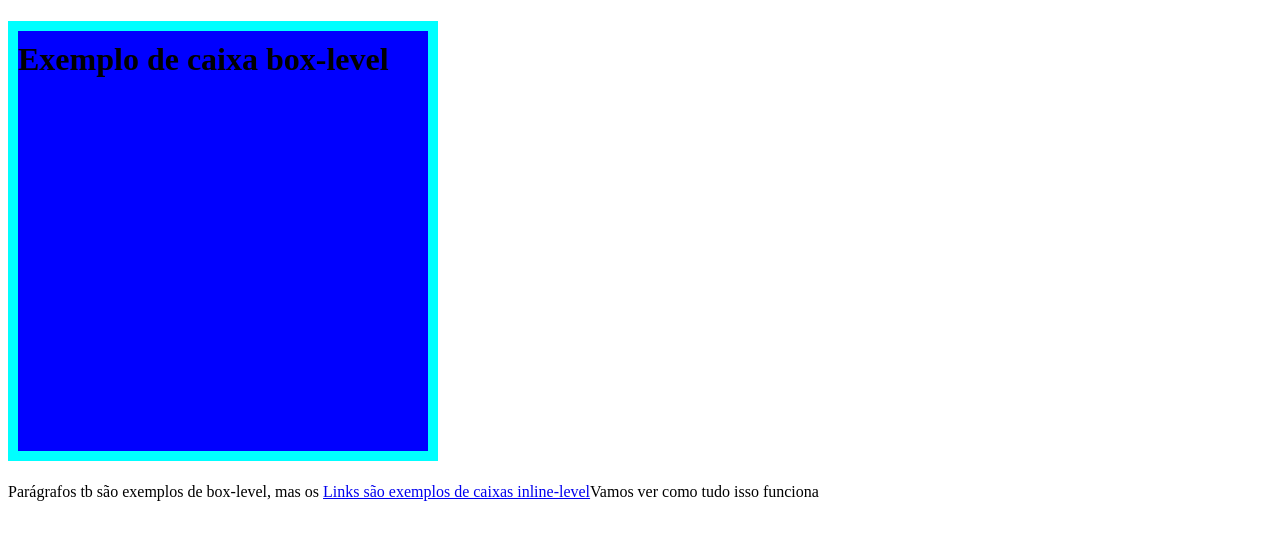
Repository: DorivalJunior14/exercicios
Page: ex.caixas.html/ex.caixas.html
These files come from the project's save history. The page is drawn as it stood at one moment and after the next save; the edit follows.
The browser window is 1280 px wide. The pictures show the whole page.

Above is the page before, as saved 2021-05-12 16:32:41.

### ex.caixas.html/ex.caixas.html
<!DOCTYPE html>
<html lang="pt-br">
<head>
    <meta charset="UTF-8">
    <meta name="viewport" content="width=device-width, initial-scale=1.0">
    <title>Modelos de Caixas</title>
    <style>
        h1{
            background-color: blue;
            height: 400px;
            width: 400px;
            border-width: 10px;
            border-style: solid;
            border-color: aqua;
            padding-top: 10px;
            padding-right: 10px;
            padding-bottom: 10px;
            padding-left: 10x;

        }
    </style>
</head>
<body>

    <h1>Exemplo de caixa box-level</h1>
    <p>Parágrafos tb são exemplos de box-level, mas os <a href="#">Links são exemplos de caixas inline-level</a>Vamos ver como tudo isso funciona</p>

</body>
</html>

After the next save:
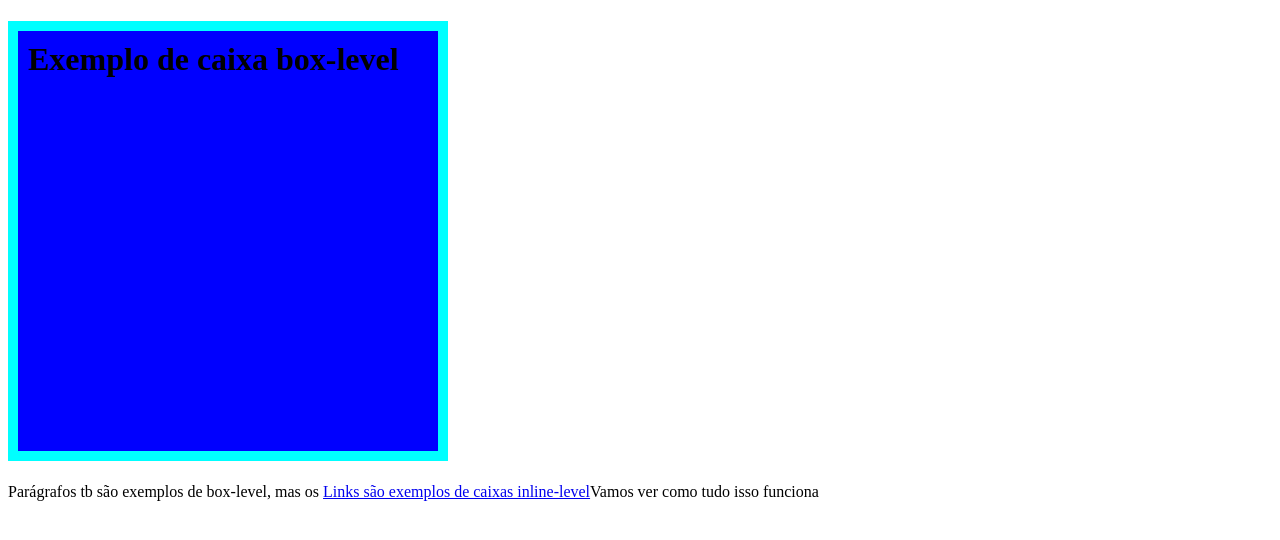
Saved 4 s later.
--- a/ex.caixas.html/ex.caixas.html
+++ b/ex.caixas.html/ex.caixas.html
@@ -15,7 +15,7 @@
             padding-top: 10px;
             padding-right: 10px;
             padding-bottom: 10px;
-            padding-left: 10x;
+            padding-left: 10px;
 
         }
     </style>
